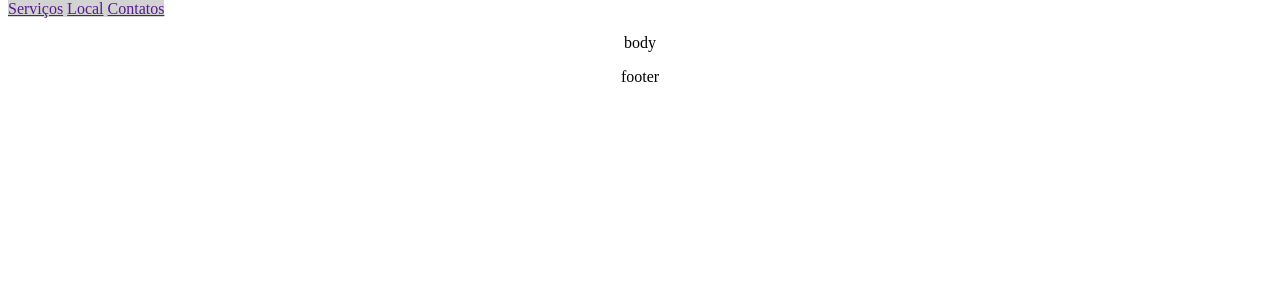
Repository: marllon-hetzler/Site-Salvatore-Barbearia
Page: home.html
The author's editor kept a copy of each file at every save. The page is drawn from the files as they stood at one save, then again after the next save.
The browser window is 1280 px wide. The pictures show the whole page.

Above is the page before, as saved 2023-02-18 14:07:37.

After the next save:
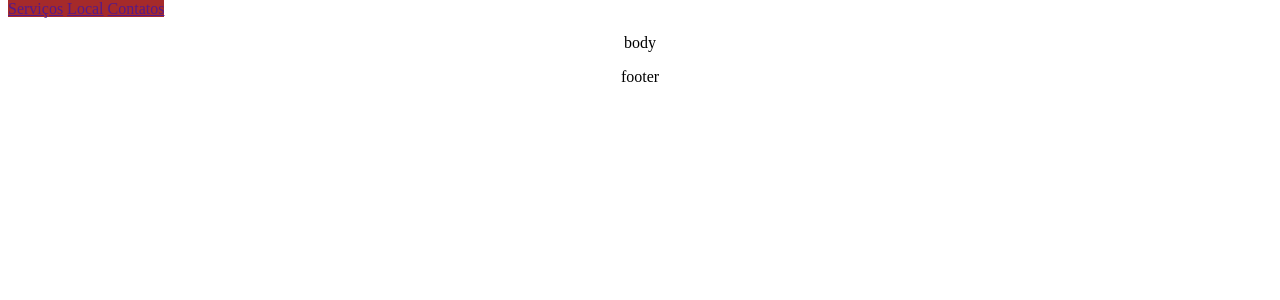
Saved 25 s later.
--- a/home.html
+++ b/home.html
@@ -10,7 +10,7 @@
 </head>
 <style>
     header{
-        background-color: lightgray;
+        background-color:brown;
         width: 100%;
         display: inline;
     }
